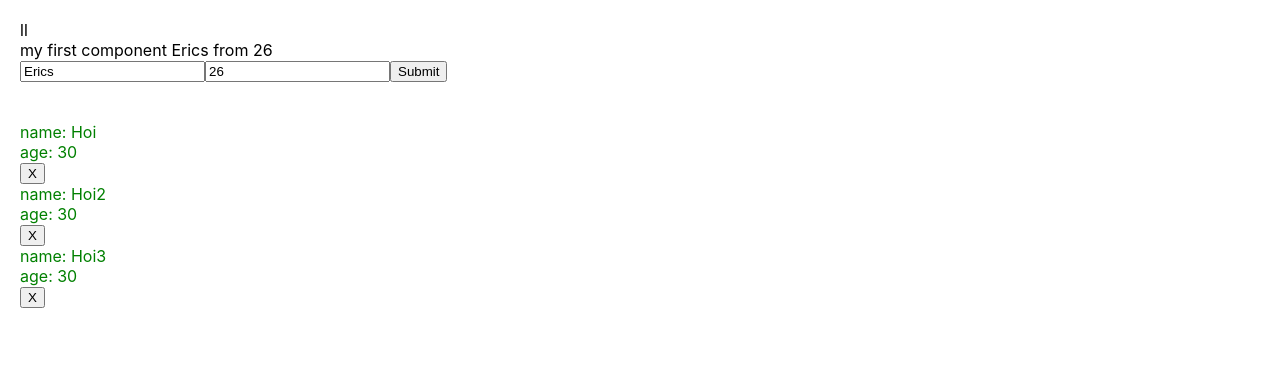
Repository: tvvn12/React-demo
Page: /admins
An editor plug-in stored every save of this project. The page is shown before and after the next save, followed by the edit.
The browser window is 1280 px wide. The pictures show the whole page.
The project was rebuilt for these pictures with package versions that can differ from the ones it lists, and the page was loaded fresh each time.

Above is the page before, as saved 2024-03-05 16:27:08.

After the next save:
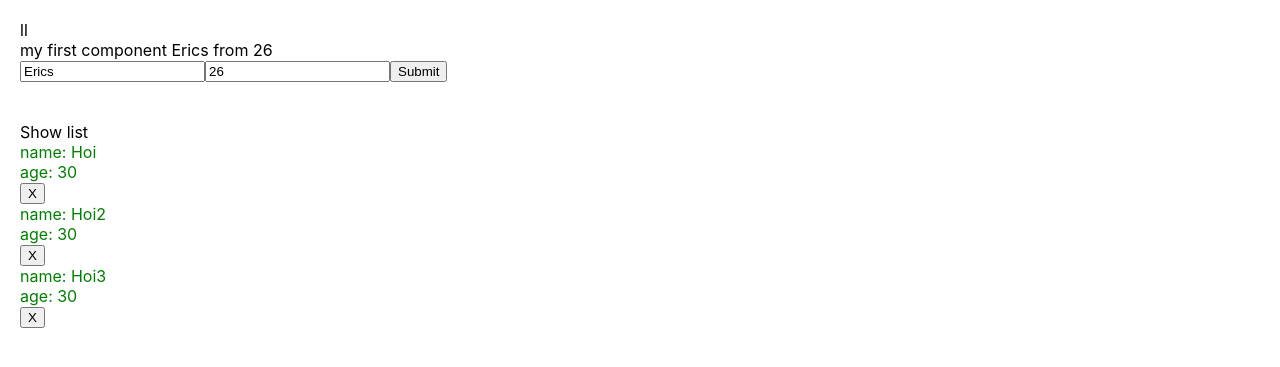
Saved 113 s later.
--- a/src/components/DisplayInfo.js
+++ b/src/components/DisplayInfo.js
@@ -66,6 +66,9 @@ const DisplayInfo = (props) => {
 
   return (
     <div className="display-info">
+      <div className="">
+        <span>Show list</span>
+      </div>
       {true && (
         <div>
           {users.map((item, index) => {
